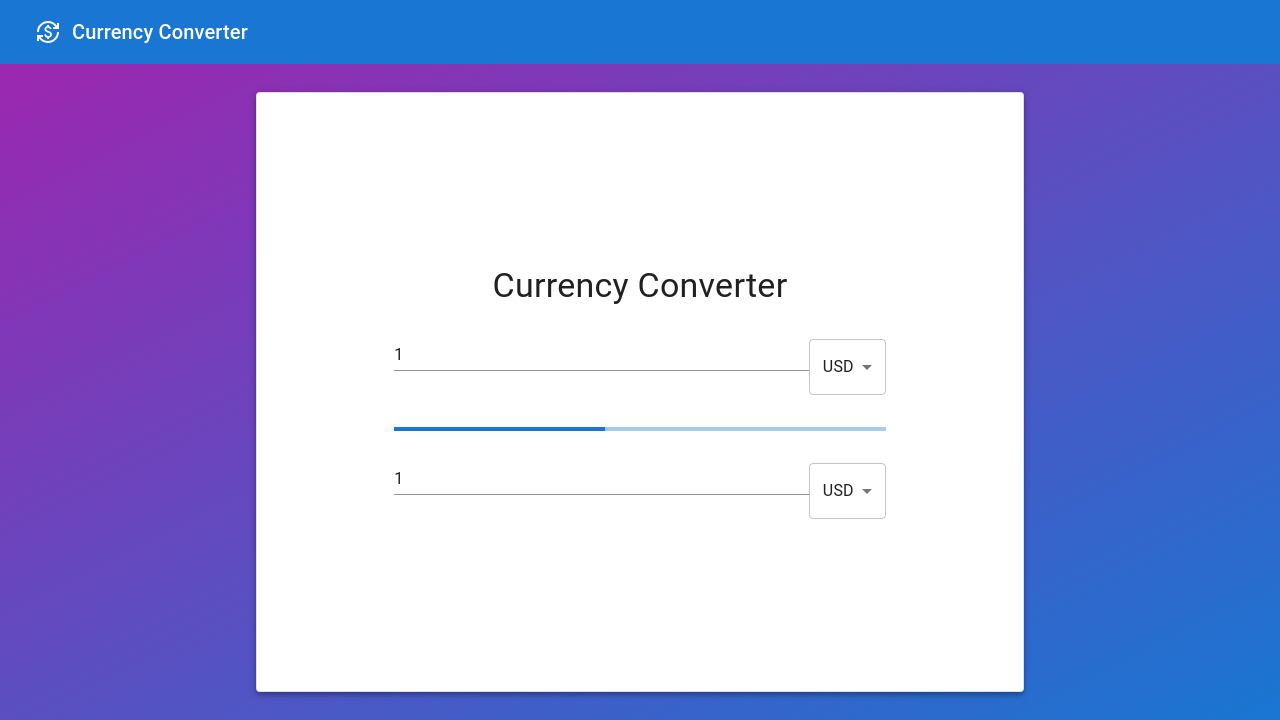
Repository: rutsguifd/currency-converter
Page: /
These files come from the project's save history. The page is drawn as it stood at one moment and after the next save; the edit follows.
The browser window is 1280 px wide. The pictures show the whole page.
The project was rebuilt for these pictures with package versions that can differ from the ones it lists, and the page was loaded fresh each time.

Above is the page before, as saved 2023-03-28 17:38:45.

### src/index.js
import { CssBaseline } from "@mui/material";
import React from "react";
import ReactDOM from "react-dom/client";
import { Provider } from "react-redux";
import { BrowserRouter } from "react-router-dom";
import App from "./App";
import { setupStore } from "./store";

const store = setupStore();

const root = ReactDOM.createRoot(document.getElementById("root"));
root.render(
  <Provider store={store}>
    <BrowserRouter>
      <CssBaseline>
        <App />
      </CssBaseline>
    </BrowserRouter>
  </Provider>
);

### src/App.js
import AppRouter from "./router/AppRouter";

function App() {
  return (
    <>
      <AppRouter />
    </>
  );
}

export default App;

### src/store/index.js
import { combineReducers, configureStore } from "@reduxjs/toolkit";
import { ConverterAPI } from "./ConverterService";

const rootReducer = combineReducers({
  [ConverterAPI.reducerPath]: ConverterAPI.reducer,
});

export const setupStore = () => {
  return configureStore({
    reducer: rootReducer,
    middleware: (getDefaultMiddleware) =>
      getDefaultMiddleware().concat(ConverterAPI.middleware),
  });
};

### src/router/AppRouter.jsx
import React from "react";
import { Route, Routes } from "react-router-dom";
import HomePage from "../pages/HomePage";

const AppRouter = () => {
  return (
    <Routes>
      <Route path="/" element={<HomePage />} />
    </Routes>
  );
};

export default AppRouter;

### src/store/ConverterService.js
import { createApi, fetchBaseQuery } from "@reduxjs/toolkit/dist/query/react";

const BASE_URL = "https://api.apilayer.com/exchangerates_data/";

const BASE_QUERY = fetchBaseQuery({
  baseUrl: BASE_URL,
  prepareHeaders: (headers) => {
    headers.set("apikey", "3yTPGVUhUYyAGGgNkKb2MySzxmY4qcWi");
    return headers;
  },
});

export const ConverterAPI = createApi({
  reducerPath: "ConverterAPI",
  baseQuery: BASE_QUERY,
  tagTypes: ["ConverterAPI"],
  endpoints: (build) => ({
    getLatestCurrency: build.query({
      query: ({ symbols, base }) => `latest?symbols=${symbols}&base=${base}`,
    }),
    getConvertedCurrency: build.query({
      query: ({ to, from, amount }) =>
        `convert?to=${to}&from=${from}&amount=${amount}`,
    }),
  }),
});

### src/pages/HomePage.jsx
import React from "react";
import ConvertContainer from "../components/ConvertContainer";
import MainLayout from "../layout/MainLayout";

const HomePage = () => {
  return (
    <MainLayout>
      <ConvertContainer />
    </MainLayout>
  );
};

export default HomePage;

### src/components/ConvertContainer.jsx
import { Container, useTheme } from "@mui/material";
import React from "react";
import Convert from "./Convert";

const ConvertContainer = () => {
  const theme = useTheme();

  return (
    <Container
      maxWidth={false}
      disableGutters
      sx={{
        display: "flex",
        justifyContent: "center",
        alignItems: "center",
        minHeight: "calc(100vh - 64px)",
        background: `linear-gradient(to right bottom, ${theme.palette.secondary.main},  ${theme.palette.primary.main})`,
      }}
    >
      <Convert />
    </Container>
  );
};

export default ConvertContainer;

### src/layout/MainLayout.jsx
import React from "react";
import Header from "../components/Header";

const MainLayout = ({ children }) => {
  return (
    <>
      <Header />
      {children}
    </>
  );
};

export default MainLayout;

### src/components/Convert.jsx
import {
  Alert,
  Box,
  LinearProgress,
  MenuItem,
  Paper,
  Select,
  TextField,
  Typography,
} from "@mui/material";
import React, { useState } from "react";
import useDebounce from "../hooks/useDebounce";
import { ConverterAPI } from "../store/ConverterService";

const Convert = () => {
  const debouncedFromAmount = useDebounce(getFromAmount, 500);
  const debouncedToAmount = useDebounce(getToAmount, 500);

  const [currentFromCurrency, setCurrentFromCurrency] = useState("USD");
  const [currentToCurrency, setCurrentToCurrency] = useState("USD");

  const [fromAmount, setFromAmount] = useState(1);
  const [trigger, { isError, isLoading, error }] =
    ConverterAPI.useLazyGetConvertedCurrencyQuery();
  const [toAmount, setToAmount] = useState(1);

  async function getFromAmount(to, from, amount) {
    const res = await trigger({
      to,
      from,
      amount,
    }).unwrap();
    setToAmount(res.result);
  }

  async function getToAmount(to, from, amount) {
    const res = await trigger({
      to,
      from,
      amount,
    }).unwrap();
    setFromAmount(res.result);
  }

  const handleFromChange = (e) => {
    setFromAmount(e.target.value);
    debouncedFromAmount(currentToCurrency, currentFromCurrency, e.target.value);
  };

  const handleToChange = async (e) => {
    setToAmount(e.target.value);
    debouncedToAmount(currentFromCurrency, currentToCurrency, e.target.value);
  };

  const handleFromSelect = (e) => {
    setCurrentFromCurrency(e.target.value);
    getToAmount(e.target.value, currentToCurrency, toAmount);
  };
  const handleToSelect = (e) => {
    setCurrentToCurrency(e.target.value);
    getFromAmount(e.target.value, currentFromCurrency, fromAmount);
  };
  return (
    <Paper
      variant="outlined"
      sx={{
        p: 4,
        display: "flex",
        flexDirection: "column",
        alignItems: "center",
        justifyContent: "center",
        width: "60vw",
        minWidth: "400px",
        height: "60vh",
        minHeight: "600px",
        gap: 4,
        boxShadow: 4,
      }}
    >
      <Typography variant="h4">Currency Converter</Typography>
      {isError ? (
        <Alert severity="error">{error.data.error.message}</Alert>
      ) : null}
      <Box display="flex" flexDirection="row" width="70%">
        <TextField
          onChange={handleFromChange}
          value={fromAmount}
          variant="standard"
          sx={{ width: "100%" }}
        />
        <Select
          id="demo-simple-select"
          value={currentFromCurrency}
          onChange={handleFromSelect}
        >
          <MenuItem value="UAH">UAH</MenuItem>
          <MenuItem value="USD">USD</MenuItem>
          <MenuItem value="EUR">EUR</MenuItem>
        </Select>
      </Box>
      <Box sx={{ width: "70%" }}>
        <LinearProgress />
      </Box>
      <Box display="flex" flexDirection="row" width="70%">
        <TextField
          onChange={handleToChange}
          value={toAmount}
          variant="standard"
          sx={{ width: "100%" }}
        />
        <Select
          id="demo-simple-select"
          value={currentToCurrency}
          onChange={handleToSelect}
        >
          <MenuItem value="UAH">UAH</MenuItem>
          <MenuItem value="USD">USD</MenuItem>
          <MenuItem value="EUR">EUR</MenuItem>
        </Select>
      </Box>
    </Paper>
  );
};

export default Convert;

### src/components/Header.jsx
import {
  AppBar,
  Box,
  CircularProgress,
  IconButton,
  Toolbar,
  Typography,
} from "@mui/material";
import CurrencyExchangeIcon from "@mui/icons-material/CurrencyExchange";
import EuroSymbolIcon from "@mui/icons-material/EuroSymbol";
import AttachMoneyIcon from "@mui/icons-material/AttachMoney";
import React from "react";
import { ConverterAPI } from "../store/ConverterService";
import { useNavigate } from "react-router-dom";

const Header = () => {
  const navigate = useNavigate();

  //   const {
  //     data: USDData,
  //     error: USDError,
  //     isLoading: USDLoading,
  //   } = ConverterAPI.useGetLatestCurrencyQuery({
  //     symbols: "UAH",
  //     base: "USD",
  //   });
  //   const {
  //     data: EURData,
  //     error: EURError,
  //     isLoading: EURLoading,
  //   } = ConverterAPI.useGetLatestCurrencyQuery({
  //     symbols: "UAH",
  //     base: "EUR",
  //   });
  //   if (USDError || EURError) {
  //     return navigate("/error");
  //   }
  return (
    <Box sx={{ flexGrow: 1 }}>
      <AppBar position="static">
        <Toolbar>
          <IconButton size="large" color="inherit">
            <CurrencyExchangeIcon />
          </IconButton>
          <Typography variant="h6" component="div" sx={{ flexGrow: 1 }}>
            Currency Converter
          </Typography>
          {/* <Box margin={2} display="flex" flexDirection="row">
            <EuroSymbolIcon />
            {EURLoading ? (
              <CircularProgress />
            ) : (
              <Typography>{EURData.rates.UAH}</Typography>
            )}
          </Box>
          <Box margin={2} display="flex" flexDirection="row">
            <AttachMoneyIcon />
            {USDLoading ? (
              <CircularProgress />
            ) : (
              <Typography>{USDData.rates.UAH}</Typography>
            )}
          </Box> */}
        </Toolbar>
      </AppBar>
    </Box>
  );
};

export default Header;

### src/hooks/useDebounce.js
import { useCallback, useRef } from "react";

export default function useDebounce(callback, delay) {
  const timer = useRef();

  const debouncedCallback = useCallback(
    (...args) => {
      if (timer.current) {
        clearTimeout(timer.current);
      }
      timer.current = setTimeout(() => {
        callback(...args);
      }, delay);
    },
    [callback, delay]
  );

  return debouncedCallback;
}

Loaded but not shown: public/index.html (common file)

After the next save:
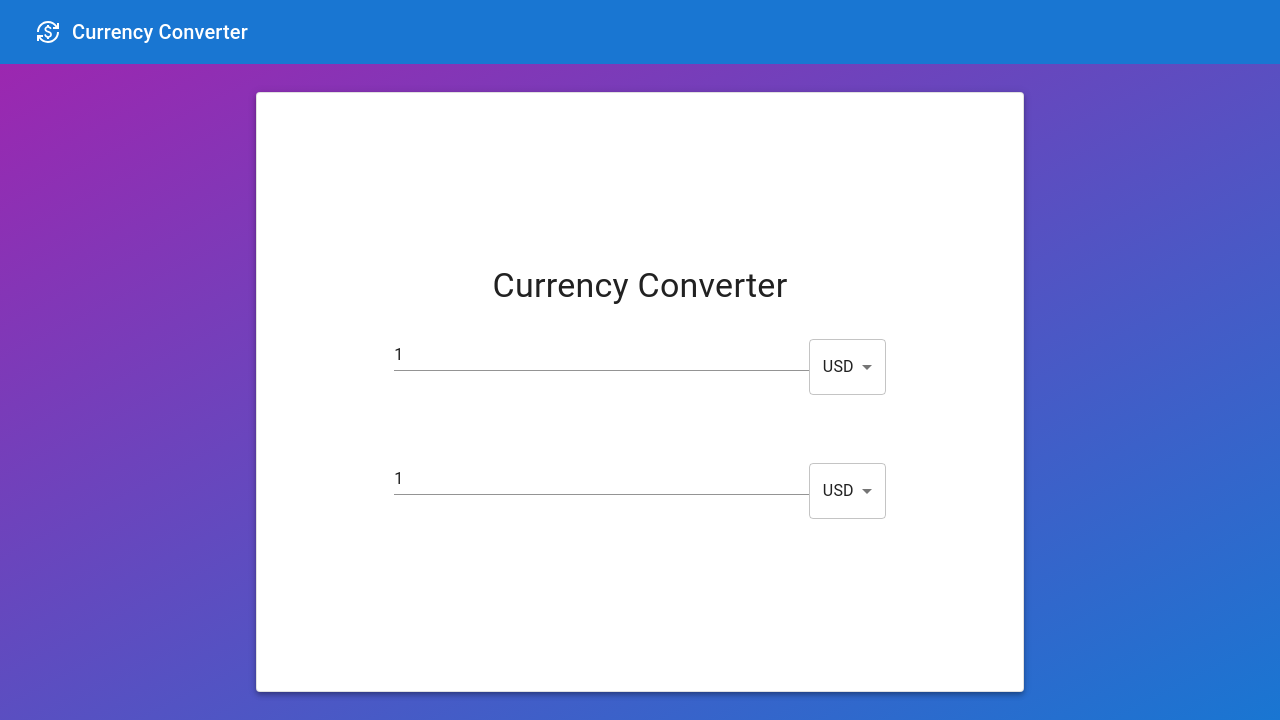
Saved 29 s later.
--- a/src/components/Convert.jsx
+++ b/src/components/Convert.jsx
@@ -99,7 +99,7 @@ const Convert = () => {
         </Select>
       </Box>
       <Box sx={{ width: "70%" }}>
-        <LinearProgress />
+        <LinearProgress sx={{ visibility: isLoading ? "visible" : "hidden" }} />
       </Box>
       <Box display="flex" flexDirection="row" width="70%">
         <TextField
